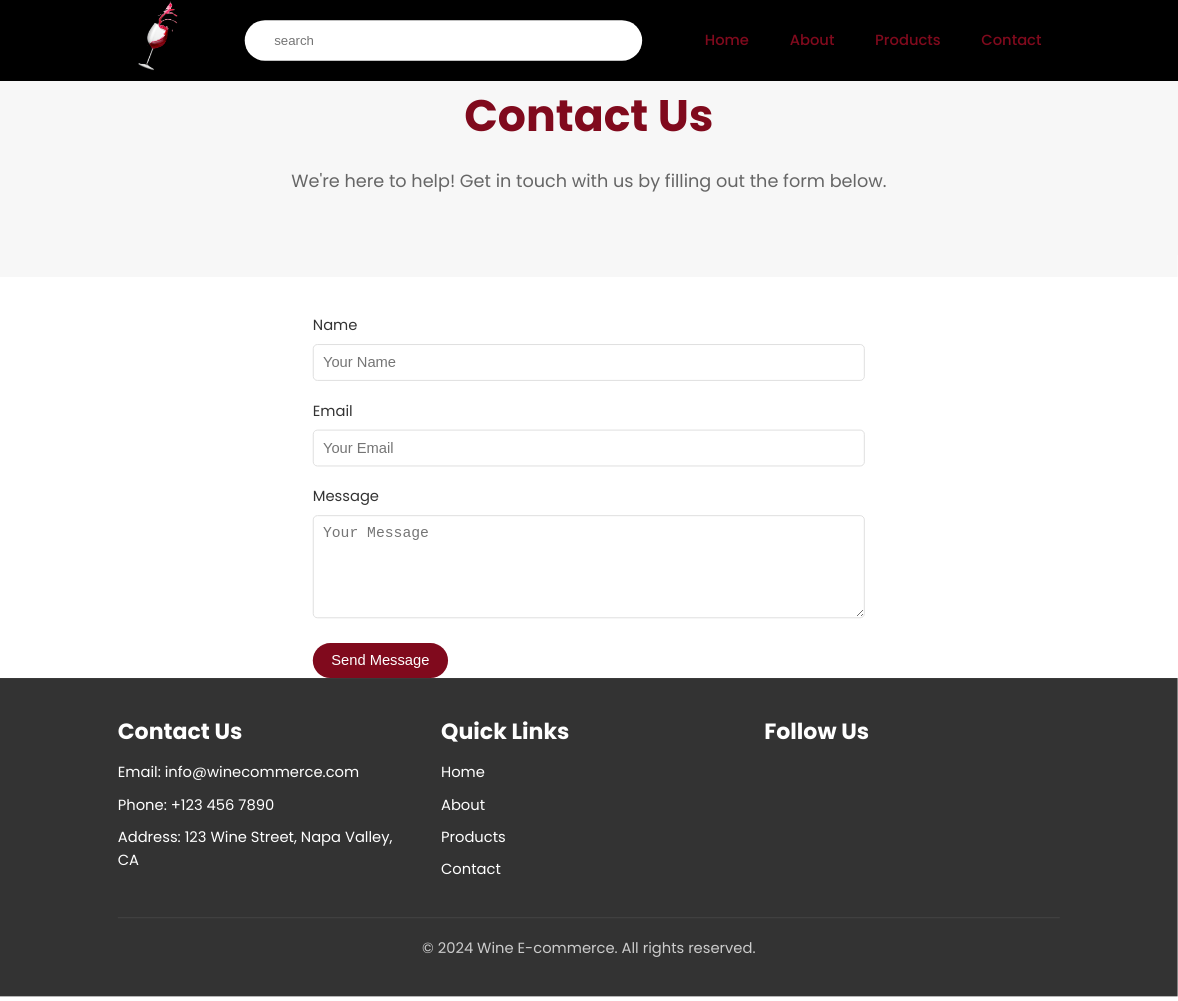
Repository: vncntxl/assesment3
Page: contact.html
An editor plug-in stored every save of this project. The page is shown before and after the next save, followed by the edit.
The browser window is 1280 px wide. The pictures show the whole page, at 92% of full size.

Above is the page before, as saved 2024-08-22 13:30:27.

After the next save:
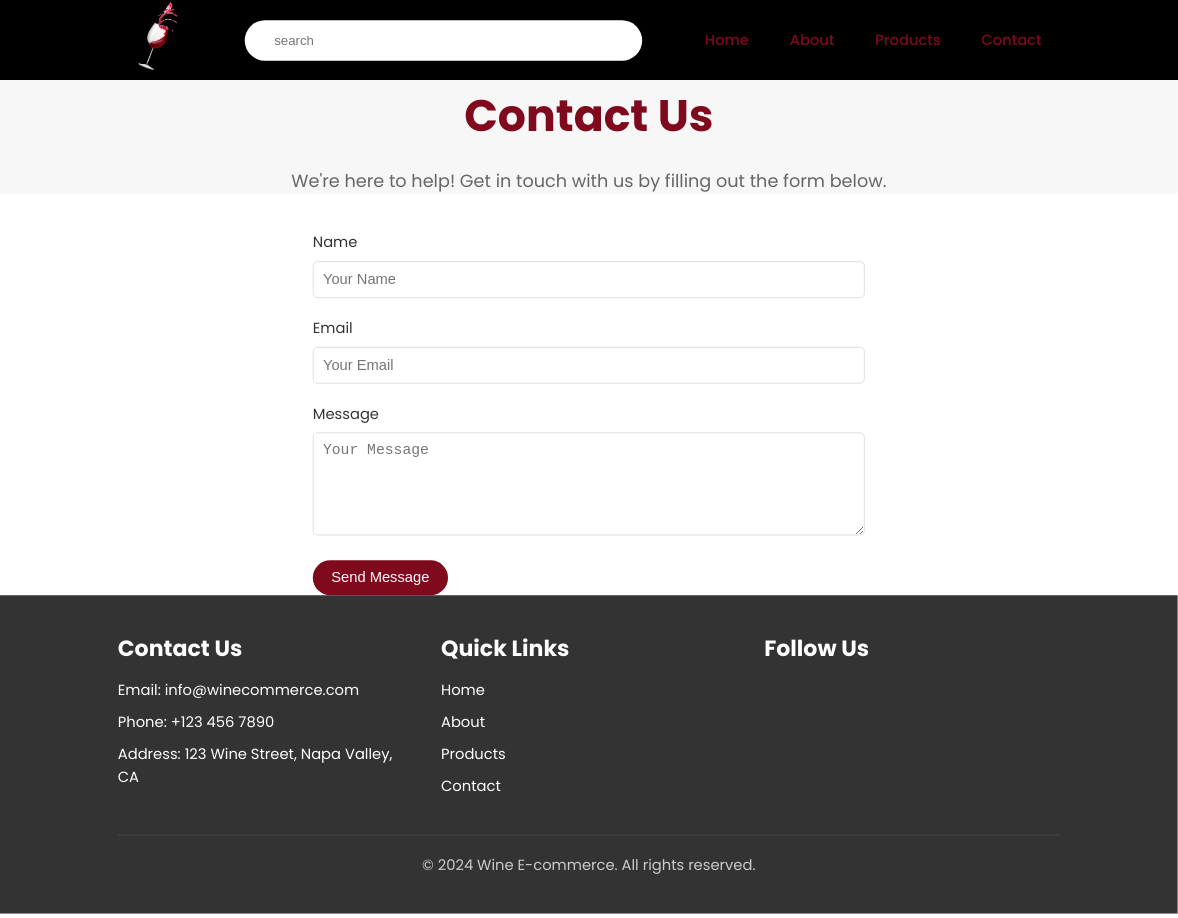
Saved 8 s later.
--- a/styles.css
+++ b/styles.css
@@ -389,7 +389,7 @@ nav li a {
 }
 .contact-hero {
     background-color: #f7f7f7;
-    padding: 90px 0;
+    padding-top: 90px ;
     text-align: center;
     color: #333;
     margin-bottom: -10px;
